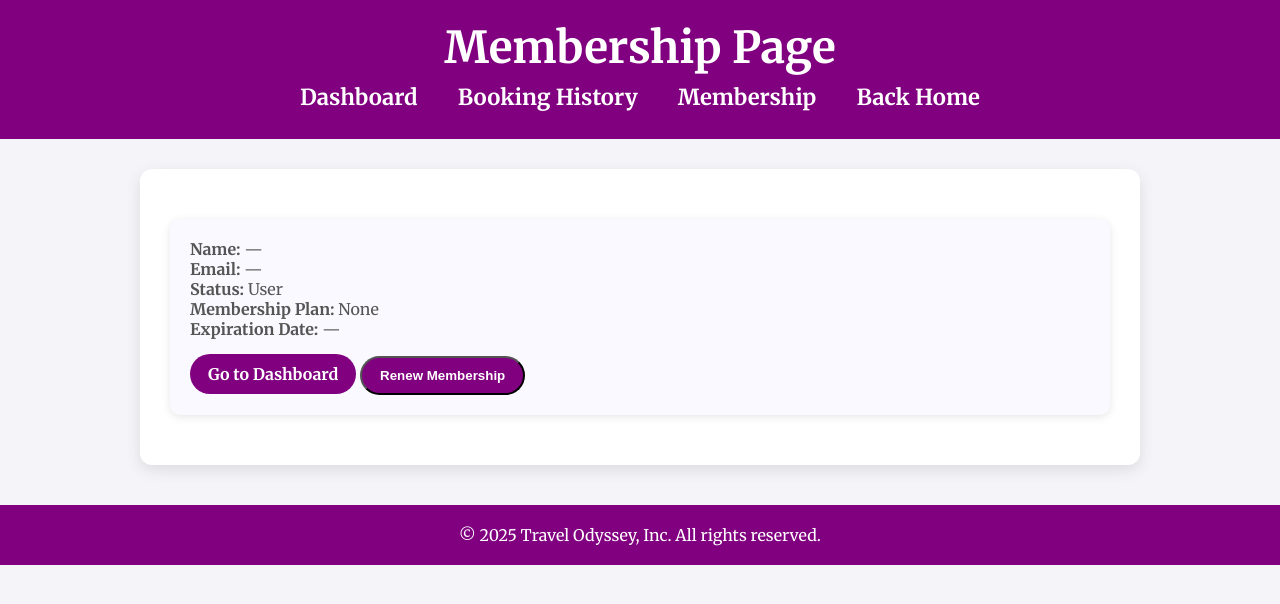
Repository: GHzPhoenix/Project-Odyssey
Page: Frontend/membership-confirmation.html
These files come from the project's save history. The page is drawn as it stood at one moment and after the next save; the edit follows.
The browser window is 1280 px wide. The pictures show the whole page.
The page's requests for data from a server got no answer.

Above is the page before, as saved 2025-06-09 13:04:15.

After the next save:
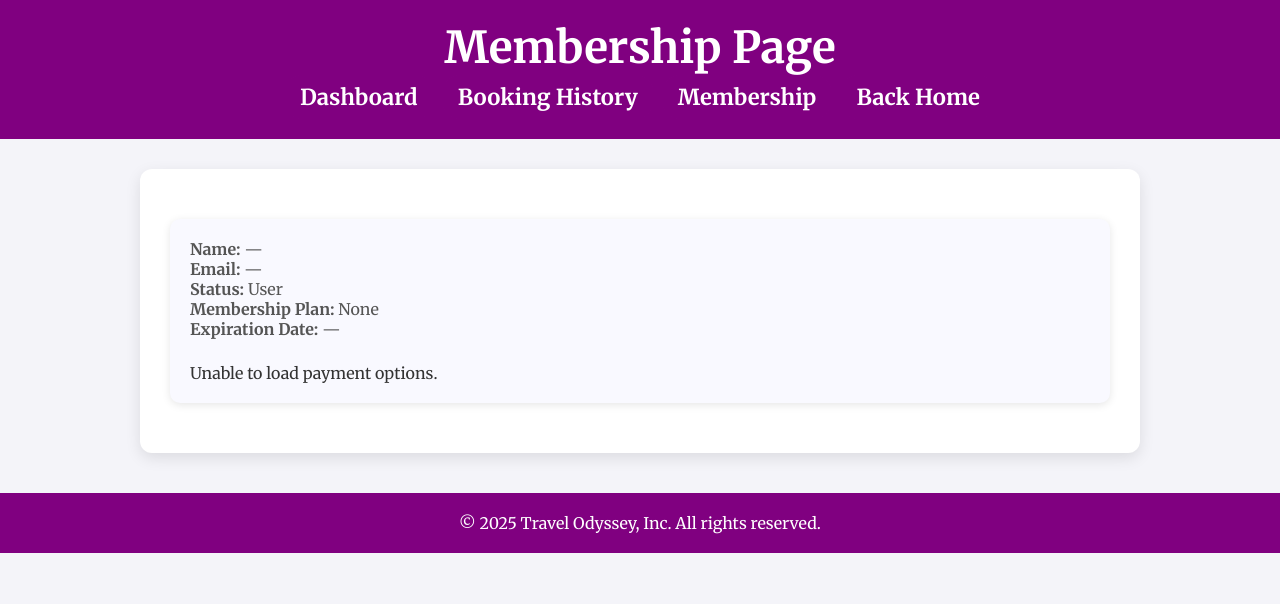
Saved 4 min 54 s later.
--- a/Frontend/membership-confirmation.html
+++ b/Frontend/membership-confirmation.html
@@ -6,7 +6,6 @@
     <title>Membership Confirmation – Travel Odyssey</title>
     <link rel="stylesheet" href="css/dashboard.css" />
     <link rel="stylesheet" href="css/membership.css" />
-
     <link rel="preconnect" href="https://fonts.googleapis.com" />
     <link rel="preconnect" href="https://fonts.gstatic.com" crossorigin />
     <link
@@ -31,7 +30,6 @@
         <p><strong>Name:</strong> <span id="user-name">Loading…</span></p>
         <p><strong>Email:</strong> <span id="user-email">Loading…</span></p>
         <p><strong>Status:</strong> <span id="user-status">Loading…</span></p>
-
         <p>
           <strong>Membership Plan:</strong>
           <span id="membership-type">Loading…</span>
@@ -40,10 +38,8 @@
           <strong>Expiration Date:</strong>
           <span id="membership-expiration">Loading…</span>
         </p>
-        <div class="buttons">
-          <a href="dashboard.html" class="button">Go to Dashboard</a>
-          <button id="renew-button" class="button">Renew Membership</button>
-        </div>
+
+        <div id="paypal-button-container" style="margin-top: 1.5rem"></div>
 
         <div id="renew-message" class="message"></div>
       </section>
@@ -83,68 +79,64 @@
         document.getElementById("membership-expiration").textContent =
           membershipExpires || "—";
 
-        const feeMap = {
-          "Premium Plan": 100,
-          "Basic Plan": 50,
-          "Air Plan": 30,
-        };
+        const token = localStorage.getItem("token");
+        fetch("http://127.0.0.1:5001/api/config/paypal")
+          .then((r) => r.json())
+          .then(({ clientId }) => {
+            const script = document.createElement("script");
+            script.src =
+              "https://www.paypal.com/sdk/js?client-id=" +
+              clientId +
+              "&currency=EUR";
+            script.onload = renderPayPalButtons;
+            document.head.appendChild(script);
+          })
+          .catch((err) => {
+            console.error("Failed to load PayPal config:", err);
+            document.getElementById("renew-message").textContent =
+              "Unable to load payment options.";
+            document.getElementById("renew-message").classList.add("error");
+          });
 
-        const renewBtn = document.getElementById("renew-button");
-        const msgEl = document.getElementById("renew-message");
+        function renderPayPalButtons() {
+          paypal
+            .Buttons({
+              style: { layout: "vertical", color: "blue", shape: "pill" },
 
-        renewBtn.addEventListener("click", async () => {
-          msgEl.textContent = "";
-          msgEl.className = "message";
+              onInit: (data, actions) => {
+                if (token) actions.enable();
+                else actions.disable();
+              },
 
-          const plan = membershipType || "Premium Plan";
-          const fee = feeMap[plan] || 0;
+              createOrder: (data, actions) => {
+                return fetch("http://127.0.0.1:5001/api/paypal/order", {
+                  method: "POST",
+                  headers: {
+                    "Content-Type": "application/json",
+                    Authorization: "Bearer " + token,
+                  },
+                  body: JSON.stringify({
+                    planId: membershipType
+                      ? membershipType.toLowerCase()
+                      : "premium",
+                  }),
+                })
+                  .then((res) => res.json())
+                  .then((payload) => {
+                    window.location.href = payload.approveLink;
+                  });
+              },
 
-          if (!confirm(`Renew your ${plan} for €${fee}?`)) return;
-
-          const token = localStorage.getItem("token");
-          if (!token) {
-            msgEl.textContent = "You must be logged in to renew.";
-            msgEl.classList.add("error");
-            return;
-          }
-
-          renewBtn.disabled = true;
-          renewBtn.textContent = "Renewing…";
-
-          try {
-            const res = await fetch(
-              "http://127.0.0.1:5001/api/membership/renew",
-              {
-                method: "POST",
-                headers: {
-                  "Content-Type": "application/json",
-                  Authorization: "Bearer " + token,
-                },
-              }
-            );
-            const data = await res.json();
-            if (!res.ok) throw new Error(data.error || "Renewal failed");
-
-            localStorage.setItem("membershipExpires", data.expiresAt);
-            if (data.membershipType) {
-              localStorage.setItem("membershipType", data.membershipType);
-              document.getElementById("membership-type").textContent =
-                data.membershipType;
-            }
-            document.getElementById("membership-expiration").textContent =
-              data.expiresAt;
-
-            msgEl.textContent = "Membership successfully renewed!";
-            msgEl.classList.add("success");
-          } catch (err) {
-            console.error("Renew error:", err);
-            msgEl.textContent = err.message;
-            msgEl.classList.add("error");
-          } finally {
-            renewBtn.disabled = false;
-            renewBtn.textContent = "Renew Membership";
-          }
-        });
+              onError: (err) => {
+                console.error("PayPal error:", err);
+                const msg = document.getElementById("renew-message");
+                msg.textContent =
+                  "Payment could not be processed. Please try again.";
+                msg.classList.add("error");
+              },
+            })
+            .render("#paypal-button-container");
+        }
       });
     </script>
   </body>
